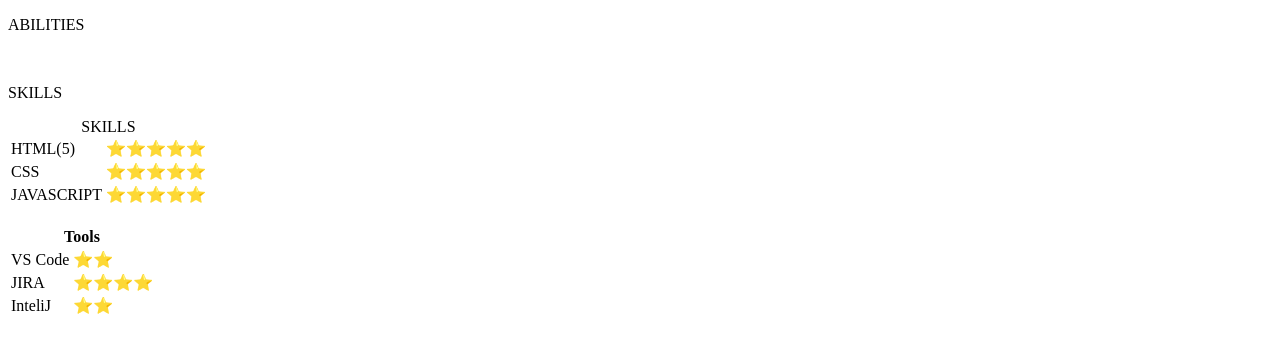
Repository: ew-code/Web-Development
Page: HTML - Personal Site/abilities.html
These files come from the project's save history. The page is drawn as it stood at one moment and after the next save; the edit follows.
The browser window is 1280 px wide. The pictures show the whole page.

Above is the page before, as saved 2021-01-03 19:54:01.

### HTML - Personal Site/abilities.html
<!DOCTYPE html>
<html lang="en">

<head>
  <meta charset="UTF-8">
  <meta name="viewport" content="width=device-width, initial-scale=1.0">
  <meta http-equiv="X-UA-Compatible" content="ie=edge">
  <title>Abilities</title>
</head>

<body>
<p>ABILITIES</p>
<br>
  <!-- <p>SKILLS</p> -->
  <!-- <table> -->
    <!-- <colgroup span="4"></colgroup> -->
    <!-- <tr> -->
      <!-- <th>HTML(5)</th> -->
      <!-- <th><img src="images\star.png" alt="yellow star"></th> -->
       <!-- <th><img src="images\star.png" alt="yellow star"></th> -->
      <!-- <th>JavaScript</th> -->
      <!-- <th><td><img src="images\star.png" alt="yellow star"></td></th> -->
    <!-- <tr> -->
      <!-- <td>CSS</td> -->
      <!-- <td><img src="images\star.png" alt="yellow star"></td> -->
      <!-- <td></td> -->
      <!-- <td>API<td> -->
      <!-- <td><img src="images\star.png" alt="yellow star"></td> -->
    <!-- </tr> -->
  <!-- </table> -->
  <!-- <br> -->
<!-- <table cellspacing="10"> -->
    <!-- <caption>SKILLS</caption> -->
    <!-- <tr> -->
        <!-- <th scope="row">HTML(5)</th> -->
        <!-- <td><img src="images\star.png" alt="yellow star"></td> -->
        <!-- <th scope="col">JAVASCRIPT</th> -->
        <!-- <td><img src="images\star.png" alt="yellow star"></td> -->
    <!-- </tr> -->
    <!-- <tr> -->
        <!-- <th scope="row">CSS</th> -->
        <!-- <td><img src="images\star.png" alt="yellow star"></td> -->
    <!-- </tr> -->
    <!-- <tr> -->
        <!-- <th scope="row">API</th> -->
        <!-- <td><img src="images\star.png" alt="yellow star"></td> -->
    <!-- </tr> -->
<!-- </table> -->
<p>SKILLS</p>
<table>
  <caption>SKILLS</caption>
  <tr>
    <td>HTML(5)</td>
    <td>⭐⭐⭐⭐⭐</td>
  </tr>
   <tr>
   <td>CSS</td>
   <td>⭐⭐⭐⭐⭐</td>
 </tr>
   <tr>
  <td>JAVASCRIPT</td>
  <td>⭐⭐⭐⭐⭐</td>
</tr>
</table>
<br>
  <table>
    <thead>
      <tr>
        <th colspan="2">Tools</th>
      </tr>
    </thead>
    <tbody>
      <tr>
        <td>VS Code</td>
        <td>⭐⭐</td>
      </tr>
      <tr>
        <td>JIRA</td>
        <td>⭐⭐⭐⭐</td>
      </tr>
      <td>InteliJ</td>
      <td>⭐⭐</td>
      </tr>
    </tbody>
  </table>

</body>

</html>

After the next save:
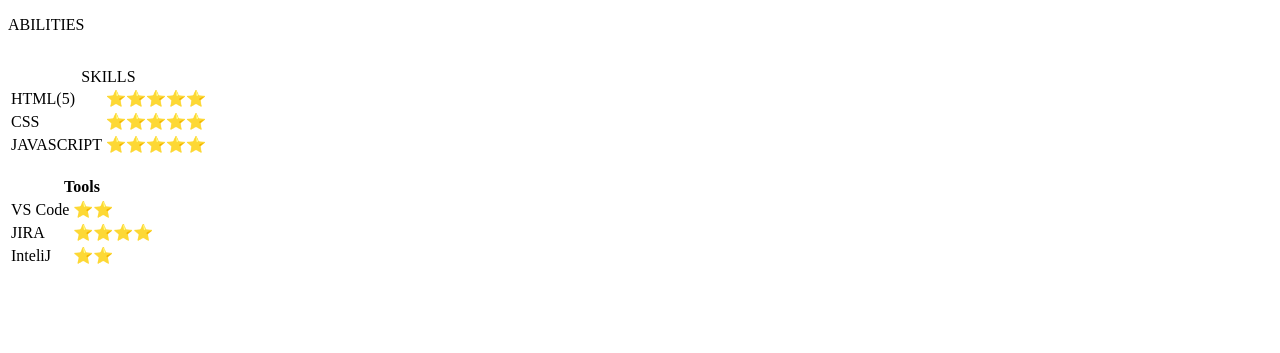
Saved 4 s later.
--- a/HTML - Personal Site/abilities.html
+++ b/HTML - Personal Site/abilities.html
@@ -46,7 +46,6 @@
         <!-- <td><img src="images\star.png" alt="yellow star"></td> -->
     <!-- </tr> -->
 <!-- </table> -->
-<p>SKILLS</p>
 <table>
   <caption>SKILLS</caption>
   <tr>
